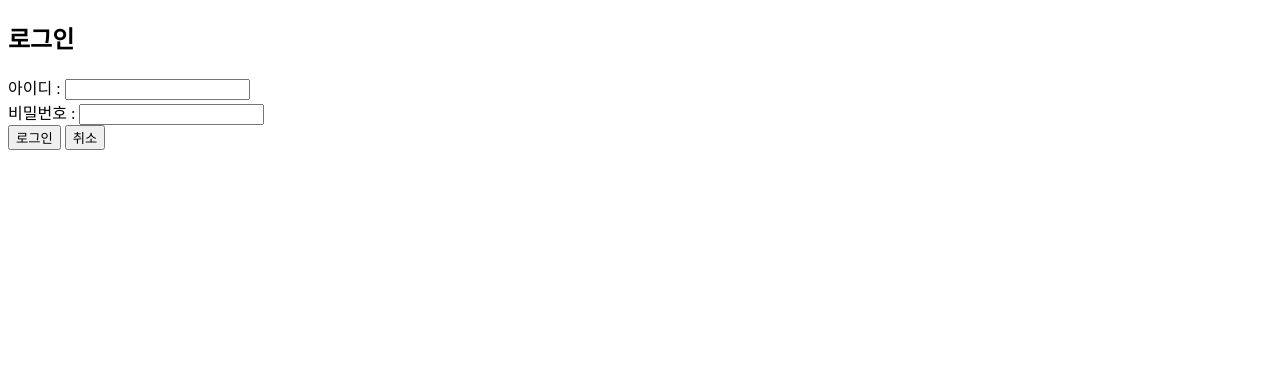
Repository: kimwoongasd/JSPAndServlet
Page: day1222/src/main/webapp/login.html
These files come from the project's save history. The page is drawn as it stood at one moment and after the next save; the edit follows.
The browser window is 1280 px wide. The pictures show the whole page.

Above is the page before, as saved 2023-12-22 02:06:56.

### day1222/src/main/webapp/login.html
<!DOCTYPE html>
<html>
<head>
<meta charset="UTF-8">
<title>Insert title here</title>
</head>
<body>
	<h2>로그인</h2>
	<form method="post" action="loginOK.jsp">
		아이디 : <input type="text" name="id"><br>
		비밀번호 : <input type="password" name="pwd"><br>
		<input type="submit" value="로그인">
		<input type="reset" value="취소">
	</form>
</body>
</html>

After the next save:
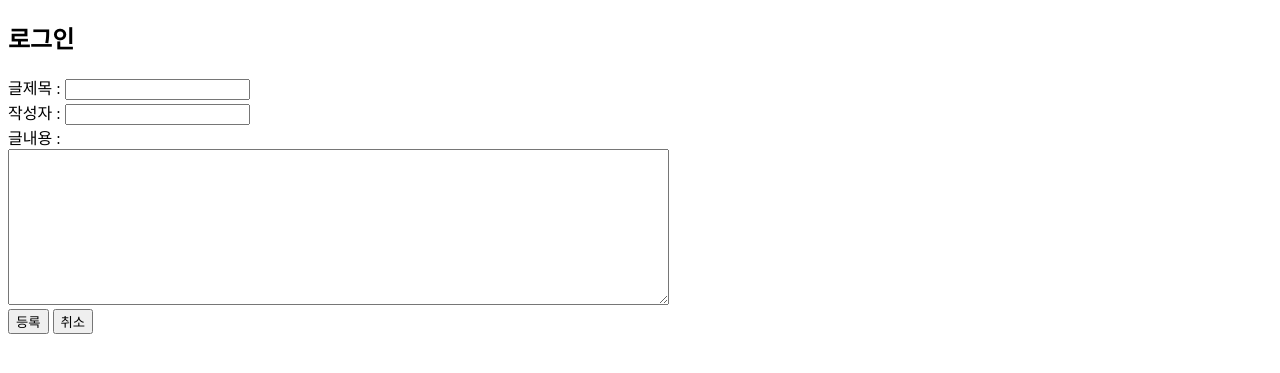
Saved 30 s later.
--- a/day1222/src/main/webapp/login.html
+++ b/day1222/src/main/webapp/login.html
@@ -6,10 +6,13 @@
 </head>
 <body>
 	<h2>로그인</h2>
-	<form method="post" action="loginOK.jsp">
-		아이디 : <input type="text" name="id"><br>
-		비밀번호 : <input type="password" name="pwd"><br>
-		<input type="submit" value="로그인">
+	<form method="post" action="session1_jsp">
+		글제목 : <input type="text" name="title"><br>
+		작성자 : <input type="text" name="writer"><br>
+		글내용 : <br>
+		<textarea rows="10" cols="80" name="content"></textarea>
+		<br>
+		<input type="submit" value="등록">
 		<input type="reset" value="취소">
 	</form>
 </body>
